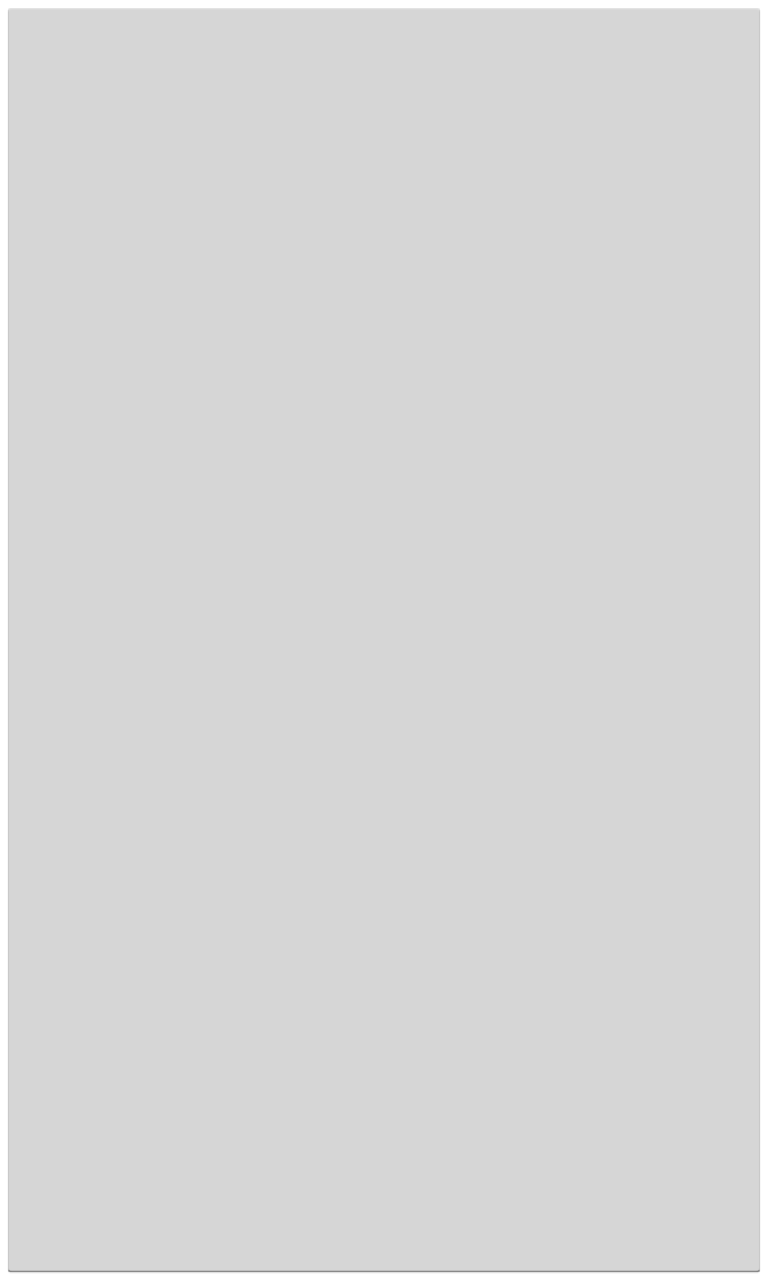
Repository: radupoenaru1992/Lab04
Layout: ContactsManager/res/layout/fragment_basic_details.xml
These files come from the project's save history. The layout is drawn as it stood at one moment and after the next save; the edit follows.
It is drawn on a 768 x 1280 px phone screen (xhdpi) without system bars, with theme AppTheme; the app's code is not run.

Above is the layout before, as saved 2015-03-28 22:27:29.

### ContactsManager/res/layout/fragment_basic_details.xml
<?xml version="1.0" encoding="utf-8"?>
<LinearLayout xmlns:android="http://schemas.android.com/apk/res/android"
    android:layout_width="match_parent"
    android:layout_height="match_parent"
    android:orientation="vertical" >

    <Button
        android:layout_width="match_parent"
        android:layout_height="match_parent"
        android:gravity="center"

        />


</LinearLayout>

Loaded but not shown: ContactsManager/res/values/styles.xml (common file); ContactsManager/res/values-v11/styles.xml (common file); ContactsManager/res/values-v14/styles.xml (common file)

After the next save:
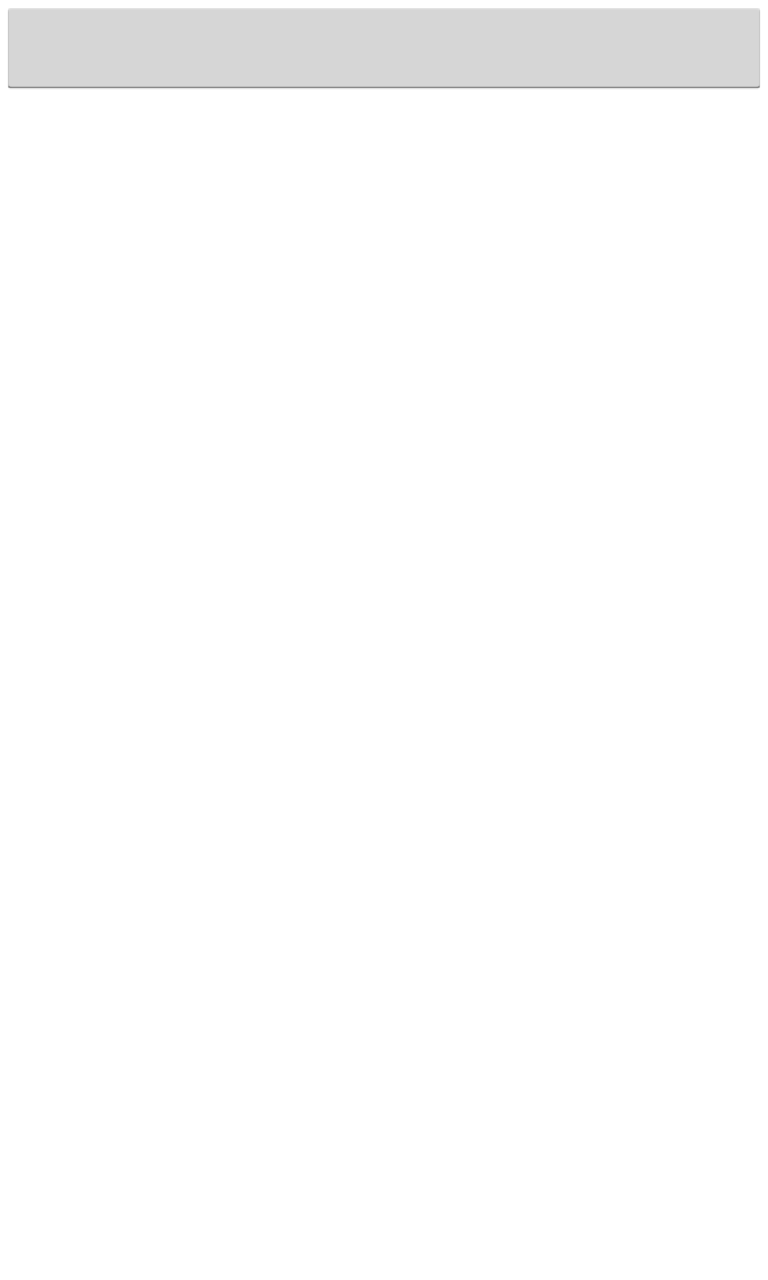
Saved 9 s later.
--- a/ContactsManager/res/layout/fragment_basic_details.xml
+++ b/ContactsManager/res/layout/fragment_basic_details.xml
@@ -6,7 +6,7 @@
 
     <Button
         android:layout_width="match_parent"
-        android:layout_height="match_parent"
+        android:layout_height="wrap_content"
         android:gravity="center"
 
         />

After the save that followed:
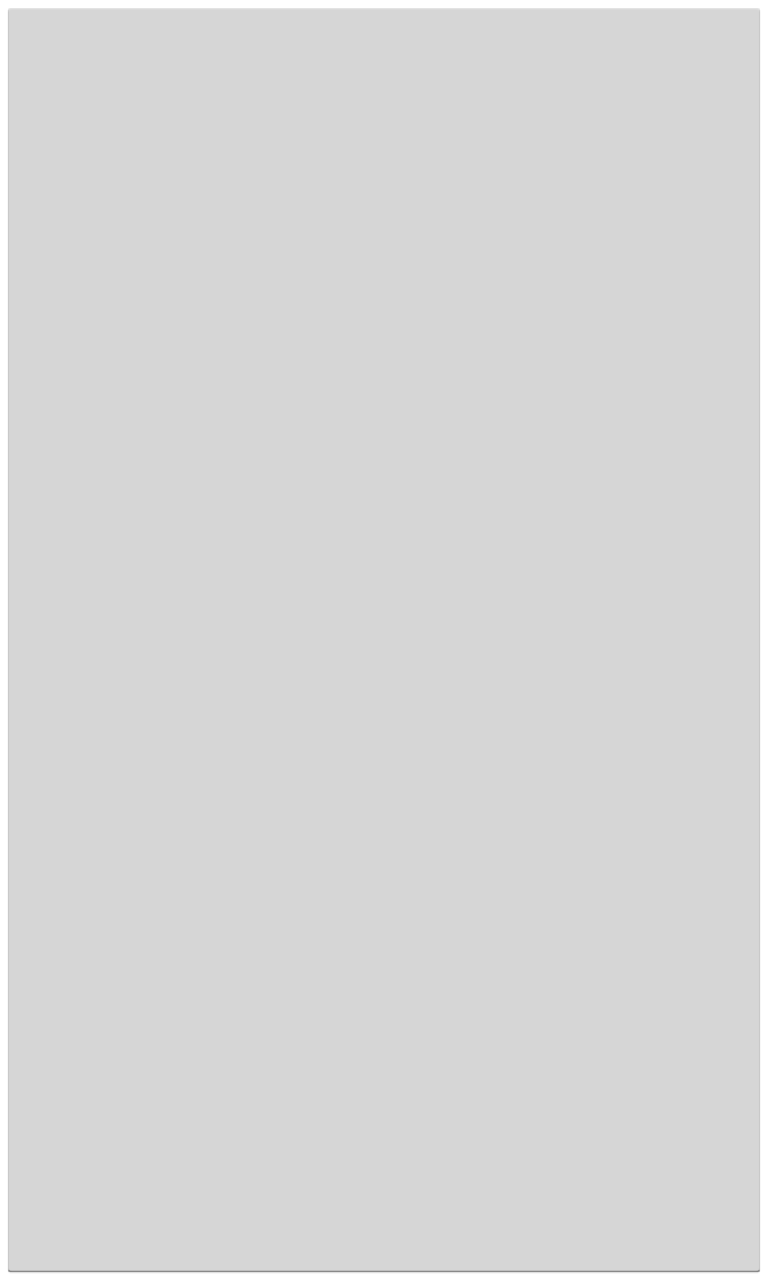
Saved 7 s later.
--- a/ContactsManager/res/layout/fragment_basic_details.xml
+++ b/ContactsManager/res/layout/fragment_basic_details.xml
@@ -8,7 +8,7 @@
         android:layout_width="match_parent"
         android:layout_height="wrap_content"
         android:gravity="center"
-
+        android:layout_height="match_parent"
         />
 
 
